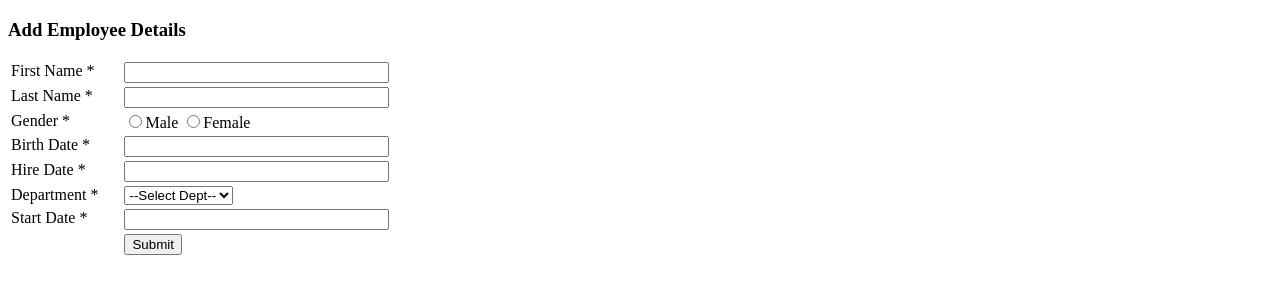
Repository: avsuhas/Java-Project
Page: http://localhost/Employee_Project/jsp/addUser.jsp
The author's editor kept a copy of each file at every save. The page is drawn from the files as they stood at one save, then again after the next save.
The browser window is 1280 px wide. The pictures show the whole page.
The page is served by Tomcat 9. Other server files are loaded and not shown.

Above is the page before, as saved 2017-06-01 16:08:18.

### Employee Project/WebContent/jsp/addUser.jsp
<%@ page language="java" contentType="text/html; charset=UTF-8"
    pageEncoding="UTF-8"%>
<!DOCTYPE html PUBLIC "-//W3C//DTD HTML 4.01 Transitional//EN" "http://www.w3.org/TR/html4/loose.dtd">
<html>
<head>
<meta http-equiv="Content-Type" content="text/html; charset=UTF-8">
<title>Insert title here</title>
</head>
<body>
<h3> Add Employee Details </h3>
<form name="myForm" action="#" method="post"  onsubmit="return validateForm()">

<table width="450px" >

	<tr>
 	<td valign="top">
  	<label for="first_name">First Name *</label>
 	</td>
 	<td valign="top">
 	<input type="text" name="firstName"  maxlength="20" size="30" required>
 	<br>
 	</td>
	</tr>

	<tr>
 	<td valign="top">
  	<label for="last_name">Last Name *</label>
 	</td>

 	<td valign="top">
 	<input  type="text" name="last_name" maxlength="20" size="30" required>

 	</td>
	</tr>




	<tr>
 	<td valign="top">
  	<label for="Sex">Gender *</label>
 	</td>
 	<td valign="top">
 	<input type="radio" name="Sex" value="Male" required>Male
	<input type="radio" name="Sex" value="Female">Female
	</tr>


	<tr>
 	<td valign="top">
  	<label for="birthDate">Birth Date *</label>
 	</td>
 	<td valign="top">
  	<input  type="text" name="birthDate" maxlength="20" size="30" required>
 	</td>
	</tr>


	<tr>
 	<td valign="top">
  	<label for="hireDate">Hire Date *</label>
 	</td>
 	<td valign="top">
  	<input  type="text" name="hireDate" maxlength="20" size="30" required>
 	</td>
	</tr>

	<tr>
 	<td valign="top">
  	<label for="department">Department *</label>
 	</td>
 	<td valign="top">
 	<select id="departmentId" name="department">
                <option value="0"> --Select Dept-- </option>
        </select>
 	</td>
	</tr>

	<tr>
 	<td valign="top">
  	<label for="startDate">Start Date *</label>
 	</td>
 	<td valign="top">
 	<script type="text/javascript"
	src="http://www.snaphost.com/jquery/Calendar.aspx"></script>
  	<input  type="text" name="startDate" maxlength="20" size="30" required>
 	</td>
	</tr>

	<tr>
 	<td valign="top">
 	</td>
 	<td valign="top">

  	<input type="submit" value = "Submit" class="sbmtBtn" />
 	</td>
	</tr>


 	</table>


</form>


</body>
</html>

After the next save:
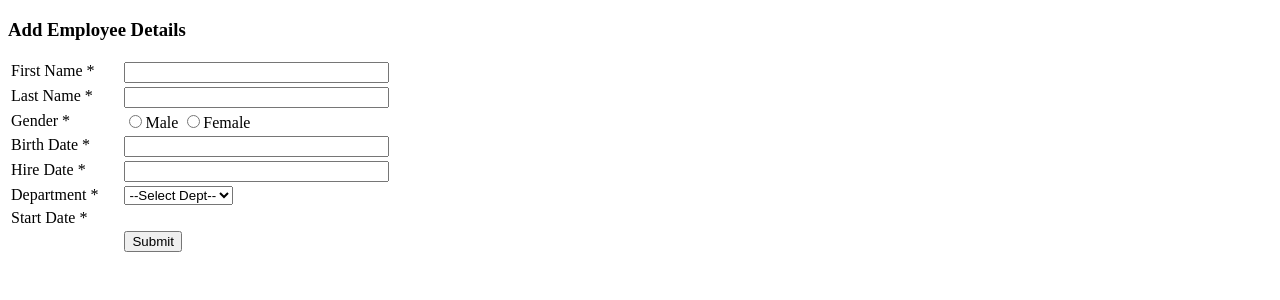
Saved 9 s later.
--- a/Employee Project/WebContent/jsp/addUser.jsp
+++ b/Employee Project/WebContent/jsp/addUser.jsp
@@ -83,7 +83,7 @@
  	<td valign="top">
  	<script type="text/javascript"
 	src="http://www.snaphost.com/jquery/Calendar.aspx"></script>
-  	<input  type="text" name="startDate" maxlength="20" size="30" required>
+  <!-- 	<input  type="text" name="startDate" maxlength="20" size="30" required>	 -->
  	</td>
 	</tr>
 
